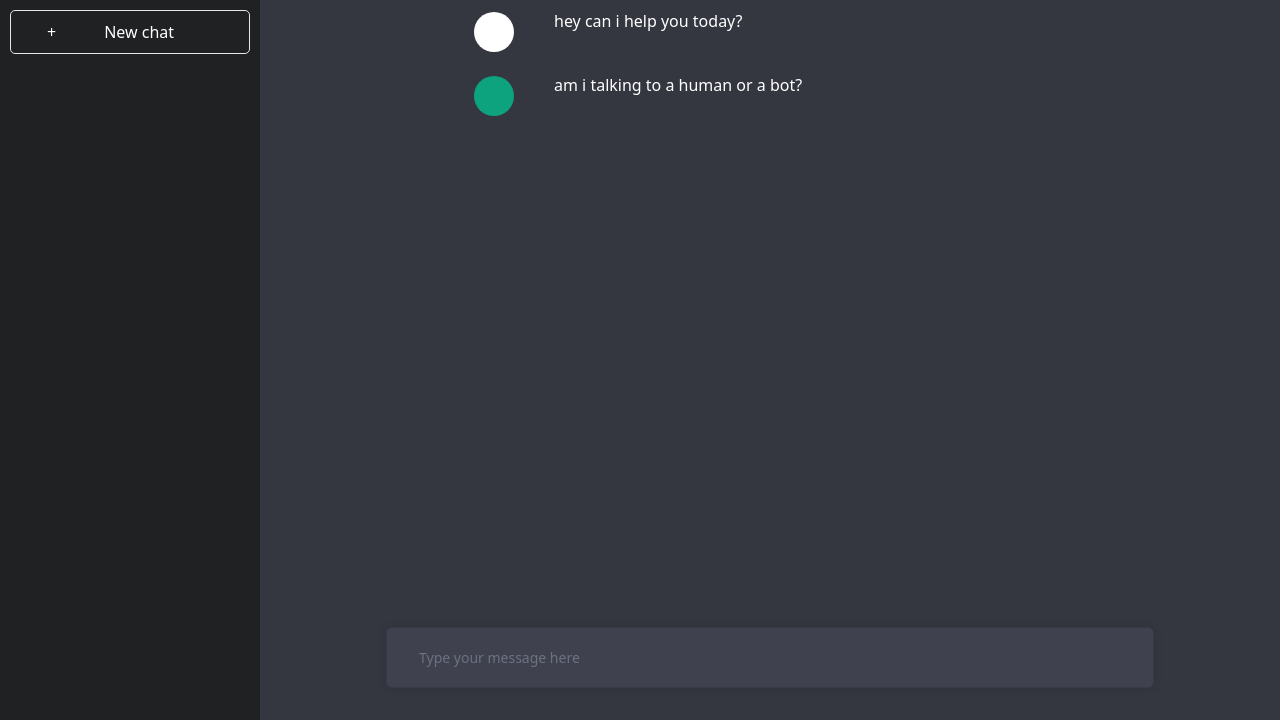
Repository: ciobiano/ChatGPT_V2.0-unoffical-
Page: / (app in client/)
The author's editor kept a copy of each file at every save. The page is drawn from the files as they stood at one save, then again after a run of saves.
The browser window is 1280 px wide. The pictures show the whole page.
The page's requests for data from a server got no answer. The project was rebuilt for these pictures with package versions that can differ from the ones it lists, and the page was loaded fresh each time. No one was signed in, and anything a server would have sent is missing. Also part of the build but not shown: client/src/index.css.

Above is the page before, as saved 2023-01-13 16:26:44.

### client/src/App.js
import "./App.css";
import "./normal.css";
import { useState } from "react";

function App() {
	const [input, setInput] = useState("");
	const [chatLog, setChatLog] = useState([
		{
			user: "gpt",
			message: "hey can i help you today?",
		},
		{
			user: "me",
			message: "am i talking to a human or a bot?",
		},
	]);
	async function handleSubmit(e) {
		e.preventDefault();
		setChatLog(...chatLog, {user:'me', message:`${input}`})
		setInput("");

		//fetch response to the api combining the chat Log array of messages and sending it as a message to localhost:3000 as a post request
		const response = await fetch("http://localhost:3080", {
			method: "POST",
			headers: {
				"Content-Type": "application/json",
			},
			body: JSON.stringify({
				message: chatLog.map((message) => message.message).join(" "),
			}),
		});
		const data = await response.json();
		console.log(data);





	}
	return (
		<div className="App absolute top-0 right-0 bottom-0 left-0">
			<aside className=" bg-[var(--text-primary)] w-[260px] p-[10px]">
				<div className="p-[12px] border  rounded-[5px] text-left hover:bg-[rgba(255,255,255,0.1)] transition-all">
					<span className="pl-6 pr-12 ">+</span>
					New chat
				</div>
			</aside>
			<section className="chatbox flex-[1] relative ">
				<div className=" chat-log text-left">
					{chatLog.map((message) => (
						<ChatMessage message={message} />
					))}

				</div>
				<div className="input-chat-button p-[24 px] absolute bottom-0 left-0 right-0 ">
					<form
						className="stretch mx-2 flex flex-row gap-3 pt-2 last:mb-2 md:last:mb-6 lg:mx-auto lg:max-w-3xl lg:pt-6"
						onSubmit={handleSubmit}
					>
						<div className="relative flex h-full flex-1 md:flex-col">
							<div className="ml-1 mt-1.5 md:w-full md:m-auto md:flex md:mb-2 gap-2 justify-center">
								<div className="flex flex-col w-full py-2 flex-grow md:py-3 md:pl-4 relative border border-black/10 bg-[#40414f] dark:border-gray-900/50 dark:text-white dark:bg-gray-700 rounded-md shadow-[0_0_10px_rgba(0,0,0,0.10)] dark:shadow-[0_0_15px_rgba(0,0,0,0.10)]">
									<input
										className="w-full h-full px-4 py-2 text-sm text-white placeholder-gray-500 bg-transparent border-none outline-none resize-none"
										rows={1}
										value={input}
										onChange={(e) => setInput(e.target.value)}
										placeholder="Type your message here"
									></input>
								</div>
							</div>
						</div>
					</form>
				</div>
			</section>
		</div>
	);
}


const ChatMessage = ({ message}) => {
	return (
		<div className={` chat-message bg-[var (--text-default)] ${message.user === "gpt" && "chatgpt"}`}>
			<div className="chat-message-center  max-w-[640px] mx-auto flex p-[12px]  px-[24px]">
				<div
					className={`avatar rounded-[50%] w-[40px] h-[40px] ${
						message.user === "gpt" && "chatgpt"
					}`}
				>
					{message.user === "gpt" && (
						<svg
							transform="scale(0.8)"
							width={41}
							height={41}
							fill="none"
							xmlns="http://www.w3.org/2000/svg"
							strokeWidth={1.5}
							className="h-6 w-6"
						>
							<path
								d="M37.532 16.87a9.963 9.963 0 0 0-.856-8.184 10.078 10.078 0 0 0-10.855-4.835A9.964 9.964 0 0 0 18.306.5a10.079 10.079 0 0 0-9.614 6.977 9.967 9.967 0 0 0-6.664 4.834 10.08 10.08 0 0 0 1.24 11.817 9.965 9.965 0 0 0 .856 8.185 10.079 10.079 0 0 0 10.855 4.835 9.965 9.965 0 0 0 7.516 3.35 10.078 10.078 0 0 0 9.617-6.981 9.967 9.967 0 0 0 6.663-4.834 10.079 10.079 0 0 0-1.243-11.813ZM22.498 37.886a7.474 7.474 0 0 1-4.799-1.735c.061-.033.168-.091.237-.134l7.964-4.6a1.294 1.294 0 0 0 .655-1.134V19.054l3.366 1.944a.12.12 0 0 1 .066.092v9.299a7.505 7.505 0 0 1-7.49 7.496ZM6.392 31.006a7.471 7.471 0 0 1-.894-5.023c.06.036.162.099.237.141l7.964 4.6a1.297 1.297 0 0 0 1.308 0l9.724-5.614v3.888a.12.12 0 0 1-.048.103l-8.051 4.649a7.504 7.504 0 0 1-10.24-2.744ZM4.297 13.62A7.469 7.469 0 0 1 8.2 10.333c0 .068-.004.19-.004.274v9.201a1.294 1.294 0 0 0 .654 1.132l9.723 5.614-3.366 1.944a.12.12 0 0 1-.114.01L7.04 23.856a7.504 7.504 0 0 1-2.743-10.237Zm27.658 6.437-9.724-5.615 3.367-1.943a.121.121 0 0 1 .113-.01l8.052 4.648a7.498 7.498 0 0 1-1.158 13.528v-9.476a1.293 1.293 0 0 0-.65-1.132Zm3.35-5.043c-.059-.037-.162-.099-.236-.141l-7.965-4.6a1.298 1.298 0 0 0-1.308 0l-9.723 5.614v-3.888a.12.12 0 0 1 .048-.103l8.05-4.645a7.497 7.497 0 0 1 11.135 7.763Zm-21.063 6.929-3.367-1.944a.12.12 0 0 1-.065-.092v-9.299a7.497 7.497 0 0 1 12.293-5.756 6.94 6.94 0 0 0-.236.134l-7.965 4.6a1.294 1.294 0 0 0-.654 1.132l-.006 11.225Zm1.829-3.943 4.33-2.501 4.332 2.5v5l-4.331 2.5-4.331-2.5V18Z"
								fill="currentColor"
							/>
						</svg>
					)}
				</div>
				<div className="message px-[40px]">{message.message}</div>
			</div>
		</div>
	);
}

export default App;

### client/src/App.css
@tailwind base;
@tailwind components;
@tailwind utilities;


.App {
  text-align: center;
  display: flex;
  background-color: var(--text-default);
  color: #fff;
}

:root {
  --color-primary: #19c37d;
  --color-secondary: #715fde;
  --color-error: #ef4146;
  --gradient-primary: linear-gradient(90deg, #a29bd4, #989fdd);
  --text-primary: #202123;
  --text-default: #353740;
  --text-secondary: #6e6e80;
  --text-disabled: #acacbe;
  --text-error: var(--color-error);
}

.avatar {
  background: #0da37f;

}
.avatar.chatgpt {
  background: #fff;

}

@media (prefers-reduced-motion: no-preference) {
  .App-logo {
    animation: App-logo-spin infinite 20s linear;
  }
}

.App-header {
  background-color: #282c34;
  min-height: 100vh;
  display: flex;
  flex-direction: column;
  align-items: center;
  justify-content: center;
  font-size: calc(10px + 2vmin);
  color: white;
}

.App-link {
  color: #61dafb;
}

@keyframes App-logo-spin {
  from {
    transform: rotate(0deg);
  }
  to {
    transform: rotate(360deg);
  }
}

### client/src/normal.css
/*! normalize.css v8.0.1 | MIT License | github.com/necolas/normalize.css */

/* Document
   ========================================================================== */

/**
 * 1. Correct the line height in all browsers.
 * 2. Prevent adjustments of font size after orientation changes in iOS.
 */

html {
    line-height: 1.15;
    /* 1 */
    -webkit-text-size-adjust: 100%;
    /* 2 */
}

/* Sections
     ========================================================================== */

/**
   * Remove the margin in all browsers.
   */

body {
    margin: 0;
}

/**
  * easier control over setting box-sizing: content-box for third party widgets
  * https://stackoverflow.com/questions/29605843/how-do-you-add-box-sizing-border-box-to-normalize-css-file
  */
html {
    -webkit-box-sizing: border-box;
    -moz-box-sizing: border-box;
    box-sizing: border-box;
}

*,
*::before,
*::after {
    -webkit-box-sizing: inherit;
    -moz-box-sizing: inherit;
    box-sizing: inherit;
}

/**
   * Render the `main` element consistently in IE.
   */

main {
    display: block;
}

/**
   * Correct the font size and margin on `h1` elements within `section` and
   * `article` contexts in Chrome, Firefox, and Safari.
   */

h1 {
    font-size: 2em;
    margin: 0.67em 0;
}

/* Grouping content
     ========================================================================== */

/**
   * 1. Add the correct box sizing in Firefox.
   * 2. Show the overflow in Edge and IE.
   */

hr {
    box-sizing: content-box;
    /* 1 */
    height: 0;
    /* 1 */
    overflow: visible;
    /* 2 */
}

/**
   * 1. Correct the inheritance and scaling of font size in all browsers.
   * 2. Correct the odd `em` font sizing in all browsers.
   */

pre {
    font-family: monospace, monospace;
    /* 1 */
    font-size: 1em;
    /* 2 */
}

/* Text-level semantics
     ========================================================================== */

/**
   * Remove the gray background on active links in IE 10.
   */

a {
    background-color: transparent;
}

/**
   * 1. Remove the bottom border in Chrome 57-
   * 2. Add the correct text decoration in Chrome, Edge, IE, Opera, and Safari.
   */

abbr[title] {
    border-bottom: none;
    /* 1 */
    text-decoration: underline;
    /* 2 */
    text-decoration: underline dotted;
    /* 2 */
}

/**
   * Add the correct font weight in Chrome, Edge, and Safari.
   */

b,
strong {
    font-weight: bolder;
}

/**
   * 1. Correct the inheritance and scaling of font size in all browsers.
   * 2. Correct the odd `em` font sizing in all browsers.
   */

code,
kbd,
samp {
    font-family: monospace, monospace;
    /* 1 */
    font-size: 1em;
    /* 2 */
}

/**
   * Add the correct font size in all browsers.
   */

small {
    font-size: 80%;
}

/**
   * Prevent `sub` and `sup` elements from affecting the line height in
   * all browsers.
   */

sub,
sup {
    font-size: 75%;
    line-height: 0;
    position: relative;
    vertical-align: baseline;
}

sub {
    bottom: -0.25em;
}

sup {
    top: -0.5em;
}

/* Embedded content
     ========================================================================== */

/**
   * Remove the border on images inside links in IE 10.
   */

img {
    border-style: none;
}

/* Forms
     ========================================================================== */

/**
   * 1. Change the font styles in all browsers.
   * 2. Remove the margin in Firefox and Safari.
   */

button,
input,
optgroup,
select,
textarea {
    font-family: inherit;
    /* 1 */
    font-size: 100%;
    /* 1 */
    line-height: 1.15;
    /* 1 */
    margin: 0;
    /* 2 */
}

/**
   * Show the overflow in IE.
   * 1. Show the overflow in Edge.
   */

button,
input {
    /* 1 */
    overflow: visible;
}

/**
   * Remove the inheritance of text transform in Edge, Firefox, and IE.
   * 1. Remove the inheritance of text transform in Firefox.
   */

button,
select {
    /* 1 */
    text-transform: none;
}

/**
   * Correct the inability to style clickable types in iOS and Safari.
   */

button,
[type="button"],
[type="reset"],
[type="submit"] {
    -webkit-appearance: button;
}

/**
   * Remove the inner border and padding in Firefox.
   */

button::-moz-focus-inner,
[type="button"]::-moz-focus-inner,
[type="reset"]::-moz-focus-inner,
[type="submit"]::-moz-focus-inner {
    border-style: none;
    padding: 0;
}

/**
   * Restore the focus styles unset by the previous rule.
   */

button:-moz-focusring,
[type="button"]:-moz-focusring,
[type="reset"]:-moz-focusring,
[type="submit"]:-moz-focusring {
    outline: 1px dotted ButtonText;
}

/**
   * Correct the padding in Firefox.
   */

fieldset {
    padding: 0.35em 0.75em 0.625em;
}

/**
   * 1. Correct the text wrapping in Edge and IE.
   * 2. Correct the color inheritance from `fieldset` elements in IE.
   * 3. Remove the padding so developers are not caught out when they zero out
   *    `fieldset` elements in all browsers.
   */

legend {
    box-sizing: border-box;
    /* 1 */
    color: inherit;
    /* 2 */
    display: table;
    /* 1 */
    max-width: 100%;
    /* 1 */
    padding: 0;
    /* 3 */
    white-space: normal;
    /* 1 */
}

/**
   * Add the correct vertical alignment in Chrome, Firefox, and Opera.
   */

progress {
    vertical-align: baseline;
}

/**
   * Remove the default vertical scrollbar in IE 10+.
   */

textarea {
    overflow: auto;
}

/**
   * 1. Add the correct box sizing in IE 10.
   * 2. Remove the padding in IE 10.
   */

[type="checkbox"],
[type="radio"] {
    box-sizing: border-box;
    /* 1 */
    padding: 0;
    /* 2 */
}

/**
   * Correct the cursor style of increment and decrement buttons in Chrome.
   */

[type="number"]::-webkit-inner-spin-button,
[type="number"]::-webkit-outer-spin-button {
    height: auto;
}

/**
   * 1. Correct the odd appearance in Chrome and Safari.
   * 2. Correct the outline style in Safari.
   */

[type="search"] {
    -webkit-appearance: textfield;
    /* 1 */
    outline-offset: -2px;
    /* 2 */
}

/**
   * Remove the inner padding in Chrome and Safari on macOS.
   */

[type="search"]::-webkit-search-decoration {
    -webkit-appearance: none;
}

/**
   * 1. Correct the inability to style clickable types in iOS and Safari.
   * 2. Change font properties to `inherit` in Safari.
   */

::-webkit-file-upload-button {
    -webkit-appearance: button;
    /* 1 */
    font: inherit;
    /* 2 */
}

/* Interactive
     ========================================================================== */

/*
   * Add the correct display in Edge, IE 10+, and Firefox.
   */

details {
    display: block;
}

/*
   * Add the correct display in all browsers.
   */

summary {
    display: list-item;
}

/* Misc
     ========================================================================== */

/**
   * Add the correct display in IE 10+.
   */

template {
    display: none;
}

/**
   * Add the correct display in IE 10.
   */

[hidden] {
    display: none;
}

Loaded but not shown: client/public/index.html (common file); client/src/index.js (common file); client/src/reportWebVitals.js (common file); client/tailwind.config.js (common file)

After the next 6 saves:
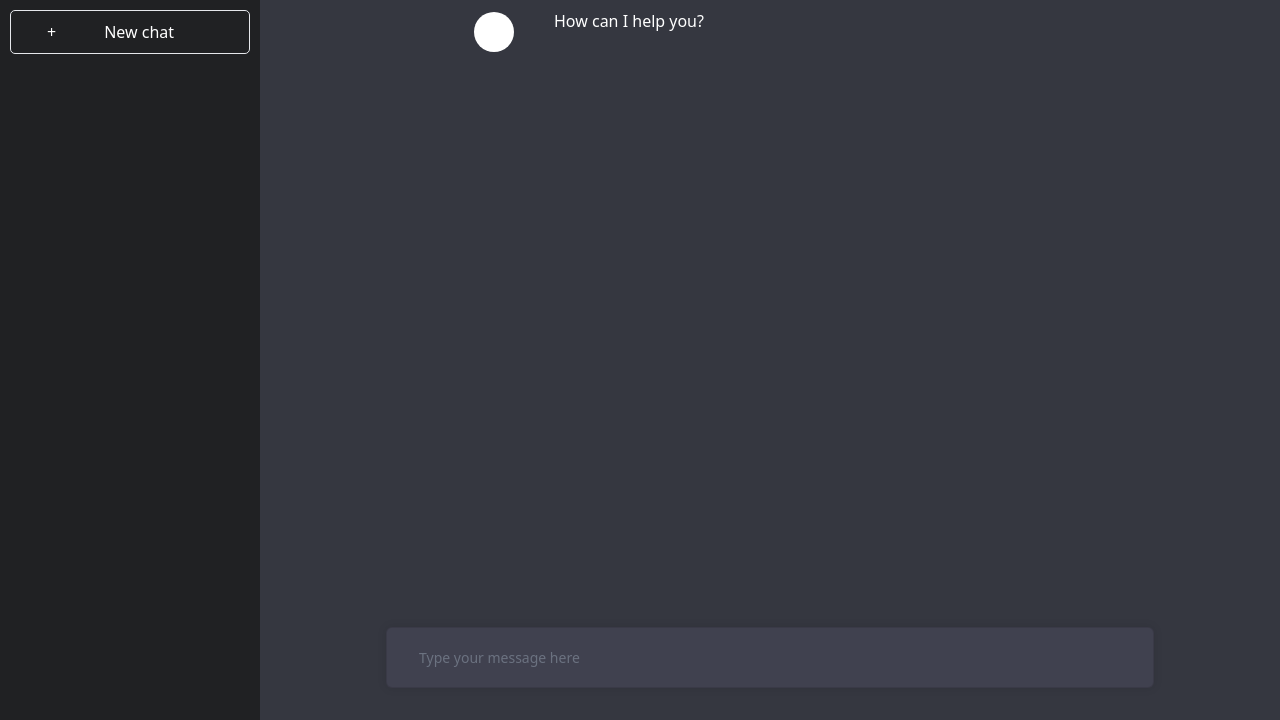
The 6 saves are shown as one change because 1 did not build or start and some came seconds apart.
The last was saved 15 min 49 s later.
--- a/client/src/App.js
+++ b/client/src/App.js
@@ -1,42 +1,65 @@
 import "./App.css";
 import "./normal.css";
-import { useState } from "react";
+import { useState, useEffect} from "react";
 
 function App() {
-	const [input, setInput] = useState("");
-	const [chatLog, setChatLog] = useState([
-		{
-			user: "gpt",
-			message: "hey can i help you today?",
-		},
-		{
-			user: "me",
-			message: "am i talking to a human or a bot?",
-		},
-	]);
-	async function handleSubmit(e) {
-		e.preventDefault();
-		setChatLog(...chatLog, {user:'me', message:`${input}`})
-		setInput("");
+	 useEffect(() => {
+			getModels();
+		}, []);
 
-		//fetch response to the api combining the chat Log array of messages and sending it as a message to localhost:3000 as a post request
-		const response = await fetch("http://localhost:3080", {
-			method: "POST",
-			headers: {
-				"Content-Type": "application/json",
+		// Declare state variables for input, models, current model, and chat log
+		const [input, setInput] = useState("");
+		const [models, setModels] = useState([]);
+		const [currentModel, setCurrentModel] = useState("text-davinci-003");
+		const [chatLog, setChatLog] = useState([
+			{
+				user: "gpt",
+				message: "How can I help you?",
 			},
-			body: JSON.stringify({
-				message: chatLog.map((message) => message.message).join(" "),
-			}),
-		});
-		const data = await response.json();
-		console.log(data);
+		]);
 
+		// function to clear the chat log
+		const clearChatLog = () => {
+			setChatLog([]);
+		};
 
+		// function to fetch the list of available models from the local server
+		function getModels() {
+			fetch("http://localhost:3080/models")
+				.then((response) => response.json())
+				.then((data) => setModels(data.models.data));
+		}
 
+		// Define a function to handle the form submission
+		async function handleSubmit(e) {
+			// Prevent the default form submission behavior
+			e.preventDefault();
 
+			// Add the user's input to the chat log
+			let chatLogNew = [...chatLog, { user: "me", message: `${input}` }];
+			// Clear the input field
+			setInput("");
+			// Update the chat log state
+			setChatLog(chatLogNew);
 
-	}
+			// Map the chat log array to a string with newline separators
+			const messages = chatLogNew.map((message) => message.message).join("\n");
+			// Send a POST request to the local server with the chat log and the current model
+			const response = await fetch("http://localhost:3080", {
+				method: "POST",
+				headers: {
+					"Content-Type": "application/json",
+				},
+				body: JSON.stringify({
+					message: messages,
+					currentModel,
+				}),
+			});
+
+			// Update the chat log with the response from the server
+			const data = await response.json();
+			setChatLog([...chatLogNew, { user: "gpt", message: `${data.message}` }]);
+		}
 	return (
 		<div className="App absolute top-0 right-0 bottom-0 left-0">
 			<aside className=" bg-[var(--text-primary)] w-[260px] p-[10px]">
